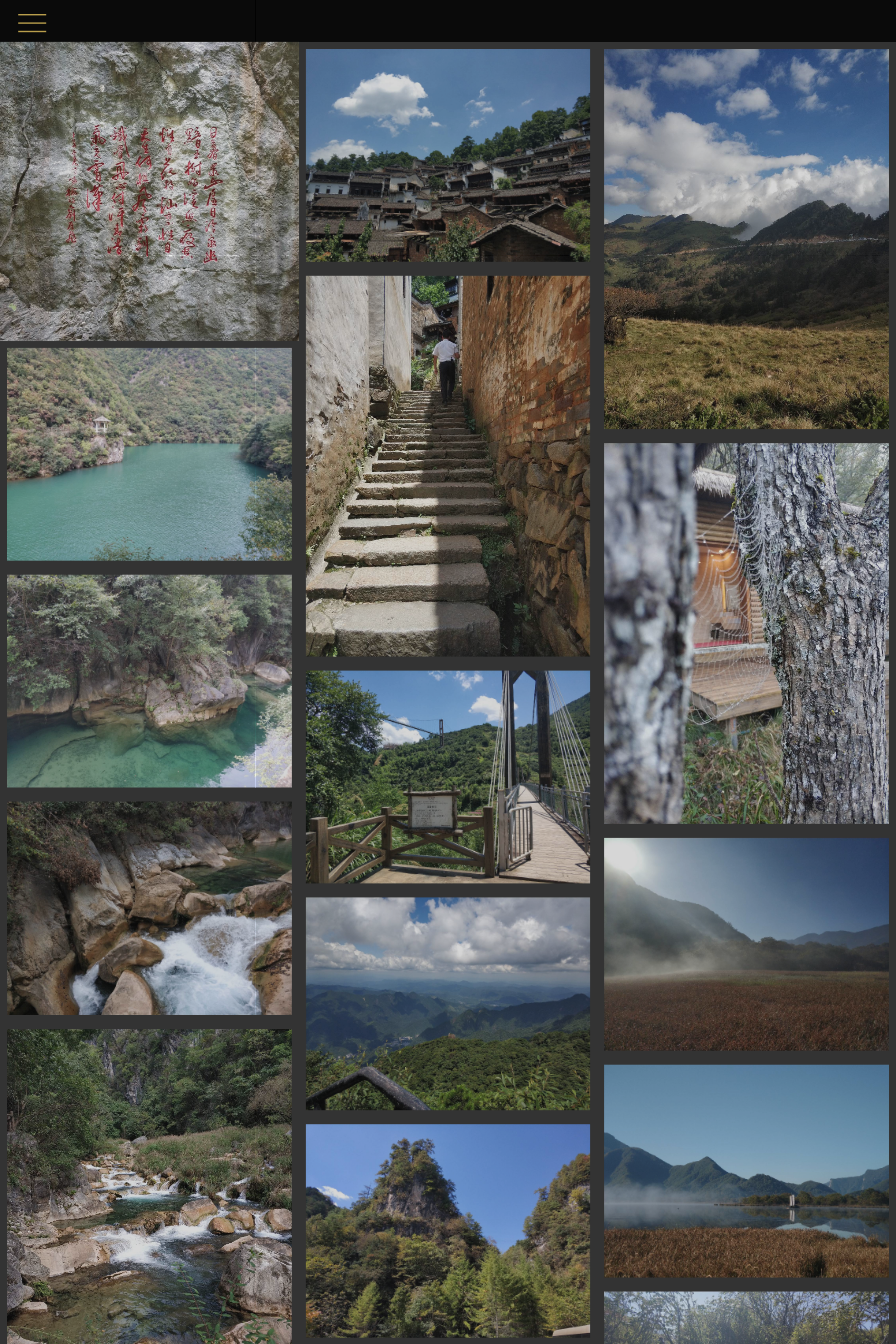
Repository: ustc-hzy/ziYang
Page: album.html
An editor plug-in stored every save of this project. The page is shown before and after the next save, followed by the edit.
The browser window is 1280 px wide. The pictures show the part of the page from y = 0 to 1920 px (the page is 2723 px tall), at 70% of full size.
The pointer rests on the first visible `.item img`.

Above is the page before, as saved 2020-06-18 22:21:50.

### album.html
<!DOCTYPE html>
<html lang="en">
<head>
    <meta charset="UTF-8">
    <meta name="viewport" content="width=device-width, initial-scale=1.0">
    <link rel="stylesheet" href="css/style.css" type="text/css">
    <link rel="stylesheet" href="css/album.css" type="text/css">
    <title>旅行相册</title>
</head>
<body>
    <header>
        <!-- 主体内容 -->
        <div class="inner">
            <!-- 用于控制菜单栏开关 -->
            <input type="checkbox" id="ham">
            <!-- 菜单栏icon -->
            <label for="ham">
                <div class="hamburger-container">
                    <span></span>
                    <span></span>
                    <span></span>
                </div>
            </label>
            <!-- 菜单栏各项 -->
            <nav>
                <ul>
                    <li><a href="index.html">网站首页</a></li>
                    <li><a href="resume.html">个人简历</a></li>
                    <li><a href="album.html">旅行相册</a></li>
                    <li><a href="asset.html">PS作品集</a></li>
                    <li><a href="episode.html">剧集收藏</a></li>
                </ul>
            </nav>
            <!-- 打开菜单栏的遮罩 -->
            <div class="mask"></div>
        </div>
        <div class="content-container">
            <div class="item">
                <img src="img/wuyuan/1.jpg" >
            </div>
            <div class="item">
                <img src="img/wuyuan/2.jpg" >
            </div>
            <div class="item">
                <img src="img/wuyuan/3.jpg" >
            </div>
            <div class="item">
                <img src="img/wuyuan/4.jpg" >
            </div>
            <div class="item">
                <img src="img/wuyuan/5.jpg" >
            </div>
            <div class="item">
                <img src="img/wuyuan/6.jpg" >
            </div>
            <div class="item">
                <img src="img/shangrao/1.jpg" >
            </div>
            <div class="item">
                <img src="img/shangrao/2.jpg" >
            </div>
            <div class="item">
                <img src="img/shangrao/3.jpg" >
            </div>
            <div class="item">
                <img src="img/shangrao/4.jpg" >
            </div>
            <div class="item">
                <img src="img/shennongjia/1.jpg" >
            </div>
            <div class="item">
                <img src="img/shennongjia/2.jpg" >
            </div>
            <div class="item">
                <img src="img/shennongjia/3.jpg" >
            </div>
            <div class="item">
                <img src="img/shennongjia/4.jpg" >
            </div>
            <div class="item">
                <img src="img/shennongjia/5.jpg" >
            </div>
            <div class="item">
                <img src="img/shennongjia/6.jpg" >
            </div>
            <div class="item">
                <img src="img/shennongjia/7.jpg" >
            </div>
            <div class="item">
                <img src="img/shennongjia/8.jpg" >
            </div>
        </div>
    </header>
</body>
</html>

### css/style.css
/* 导航栏背景 */
header{
    height: 60px;
    background-color: #000000;
    opacity: 0.8;
}
/* 导航栏内部 */
.inner{
    width: 96%;
    margin: auto;
}
/* 用于开关的checkbox */
#ham{
    display: none;
}
/* 当chexkbox选中时，改变第一条线 */
#ham:checked + label .hamburger-container span:nth-child(1){
    transform: rotate(45deg);
    top: 11px;
    transition: transform .3s ease-in-out, top .3s ease-in-out 3s;
}
/* 当chexkbox选中时，第二条线消失 */
#ham:checked + label .hamburger-container span:nth-child(2){
    opacity: 0;
}
/* 当chexkbox选中时，改变第三条线 */
#ham:checked + label .hamburger-container span:nth-child(3){
    transform: rotate(-45deg);
    top: -11px;
    transition: transform .3s ease-in-out, top .3s ease-in-out 3s;
}
/* 导航栏icon的第二天横线 */
.hamburger-container span:nth-child(2){
    margin-top: 10px;
    transition: opacity .1s ease-in-out .1s;
}
/* 导航栏icon的第三天横线 */
.hamburger-container span:nth-child(3){
    margin-top: 10px;
}
/* 导航栏icon */
.hamburger-container{
    display: block;
    width: 40px;
    height: 40px;
    position: relative;
    top: 20px;
    z-index: 100;
}
/* 导航栏icon的横线 */
.hamburger-container span{
    display: block;
    height: 2px;
    background-color: #dbba53;
    position: relative;
    transition: transform .3s ease-in-out, top .3s ease-in-out .3s;
}
/* 菜单栏子项总的效果 */
nav{
    position: absolute;
    z-index: 100;
    color: #fff;
    top: 50px;
    transform: scaleY(0); /* 垂直方向缩小到0，即关闭 */
    transition: all .3s ease-in-out;
    transform-origin: 50% 0; /* 将中心点移到顶部 */
    opacity: 0; /* 渐入渐出效果 */
}
/* 当chexkbox选中时，展示nav */
#ham:checked ~ nav{
    transform: scaleY(1); /* 垂直方向扩大到1，即打开 */
    opacity: 1;
    transition: all .3s ease-in-out;
}
/* 导航栏的遮罩 */
.mask {
    width: 100vw;
    height: 100vh;
    position: fixed;
    top: 0;
    left: 0;
    background: #000000;
    opacity: 0;
    z-index: 10; /* 防止遮住要显示的部分 */
    transform: scaleY(0);
    transform-origin: 50% 0;
    transition: all .3s ease-in-out;
}
/* 当chexkbox选中时，打开遮罩 */
#ham:checked ~ .mask{
    opacity: 0.9;
    transform: scaleY(1);
    transition: all .3s ease-in-out;
}
nav ul{
    position: relative;
    right: 40px;
    margin-top: 2em;
    list-style-type:none;
    font-size: 35px;
}
nav ul li{
    margin-top: 1em;
}
nav ul li:hover{
    transform: scale(1.2, 1.2); /* transform从元素中心开始变化，不会影响到其他元素 */
}
nav ul li a:hover{
    color: #dbba53;
}
/* 导航栏菜单项 */
nav a{
    text-decoration: none;
    color: #ffffff;
}
/* 居中姓名框 */
.name-container{
    position: absolute;
    top: 50%;
    left: 50%;
    transform: translate(-50%,-50%);
    z-index: 1;
    background-color: rgba(0,0,0,0.3); /* 此处使用opacity会让文字也变透明 */
    box-shadow: 0 5px 20px rgba(26,26,26,0.5);
}
/* 居中姓名 */
.mid-name{
    color: #fff;
    font-size: 50px;
    border: 8px solid #fff;
    padding: 40px;
    text-align: center;
}
/* 居中学号 */
.mid-name .id{
    margin-top: 10px;
    font-size: 40px;
}

### css/album.css
/* 背景图片 */
body {
    height: 100vh;
    width: 100vw;
    margin: 0 auto;
    padding: 0 0 ;
    background-color: #333333;
    /* background-image: url(../img/user_bg.jpg);
    background-repeat: no-repeat;
    background-size: cover;  */
    overflow: auto;
}
/* 主题内容框 */
.content-container{
    width: 100vw;
    column-count: 3;
    column-gap: 0;
    position: relative;
    top: 20px;
}
.item{
    padding: 10px;
}
.item img{
    display: block;
    width: 100%;
    height: auto;
    z-index: 1;
}
.item img:hover{
    transform: scale(1.05, 1.05);
}

After the next save:
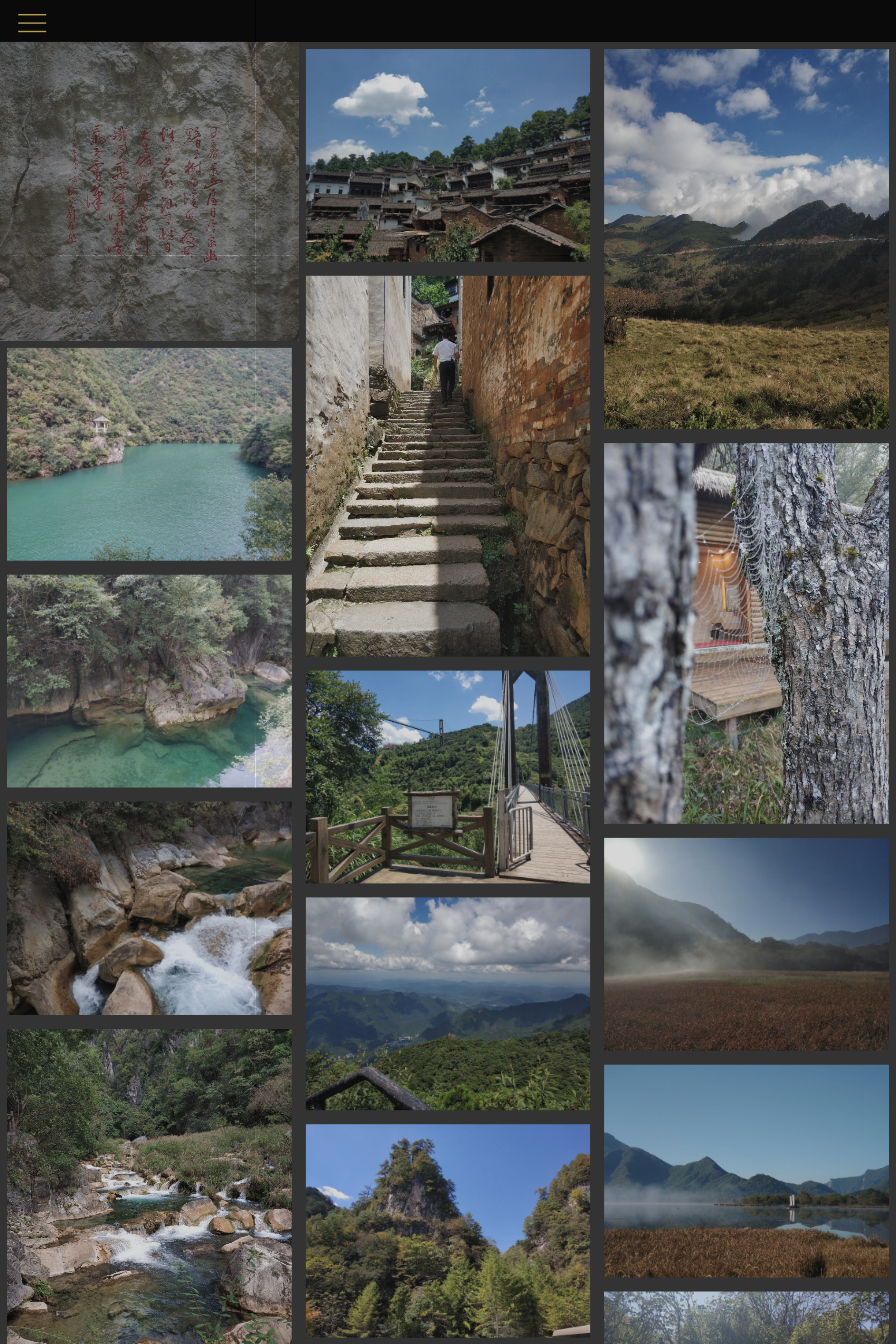
Saved 45 s later.
--- a/css/album.css
+++ b/css/album.css
@@ -29,4 +29,5 @@ body {
 }
 .item img:hover{
     transform: scale(1.05, 1.05);
+    opacity: 0.5;
 }
